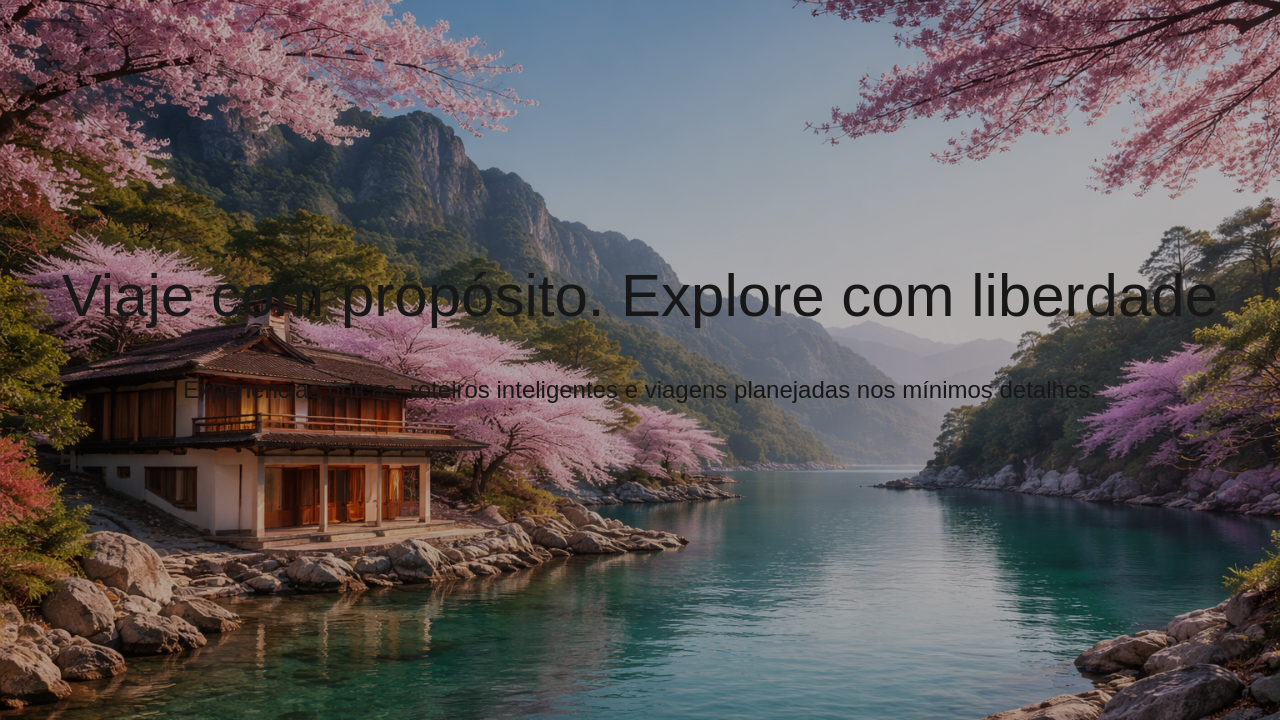
Repository: pedroantoniosi/tripicon-site
Page: /home
An editor plug-in stored every save of this project. The page is shown before and after the next save, followed by the edit.
The browser window is 1280 px wide. The pictures show the whole page.
The project was rebuilt for these pictures with package versions that can differ from the ones it lists, and the page was loaded fresh each time. The framework's server and built-in components were replaced by stand-ins that run in the browser. Also part of the build but not shown: next.config.ts.

Above is the page before, as saved 2026-03-31 18:42:30.

After the next save:
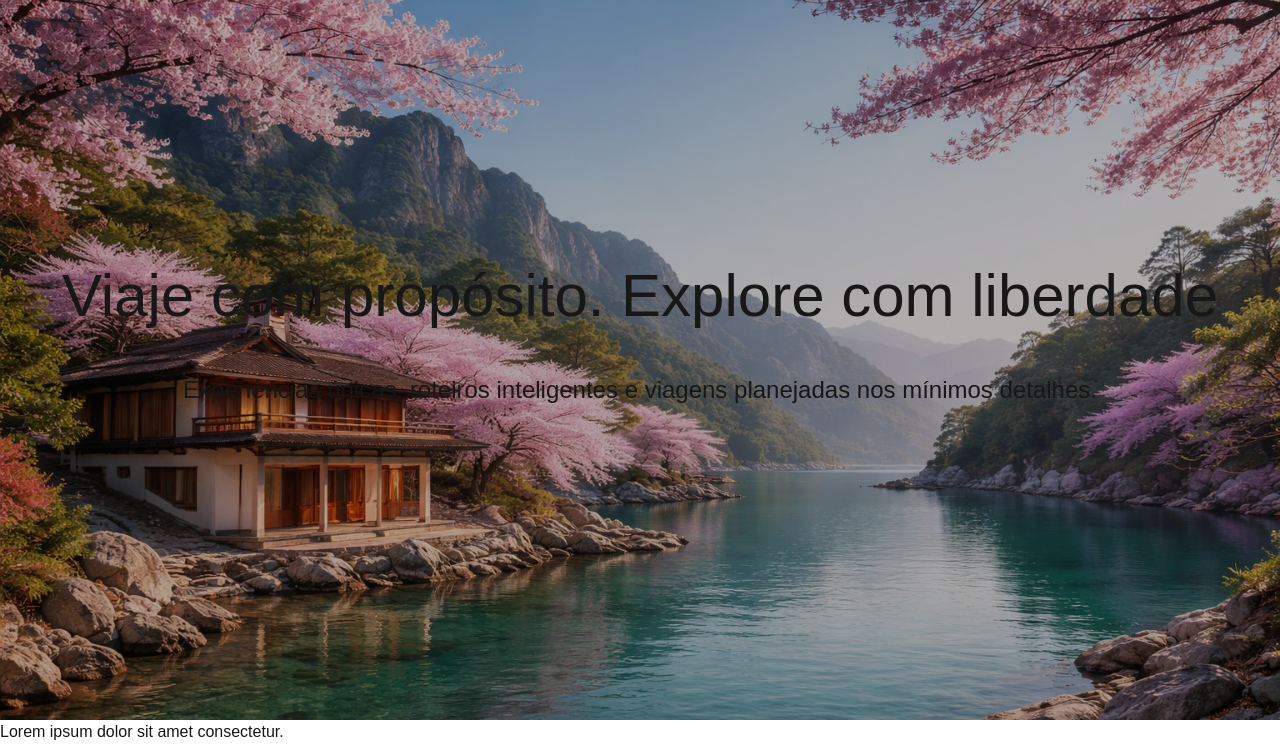
Saved 86 min 9 s later.
--- a/src/app/home/page.tsx
+++ b/src/app/home/page.tsx
@@ -2,17 +2,27 @@ import styles from "./page.module.css";
 
 export default function Home() {
   return (
-    <div className={styles.heroContainer}>
-      <div className={`${styles.heroCaption} col gap-2`}>
-        <h1 className="text-6xl text-center">
-          {" "}
-          Viaje com propósito. Explore com liberdade
-        </h1>
-        <p className="text-2xl text-center m-[3rem]">
-          Experiências únicas, roteiros inteligentes e viagens planejadas nos
-          mínimos detalhes.
-        </p>
+    <>
+      <div className={styles.heroContainer}>
+        <div className={`${styles.heroCaption} col gap-2`}>
+          <h1 className="text-6xl text-center">
+            {" "}
+            Viaje com propósito. Explore com liberdade
+          </h1>
+          <p className="text-2xl text-center m-[3rem]">
+            Experiências únicas, roteiros inteligentes e viagens planejadas nos
+            mínimos detalhes.
+          </p>
+        </div>
       </div>
-    </div>
+      <div>
+        <div className="card">
+          <img src="" alt="" />
+          <div className="caption">
+            <h2>Lorem ipsum dolor sit amet consectetur.</h2>
+          </div>
+        </div>
+      </div>
+    </>
   );
 }
